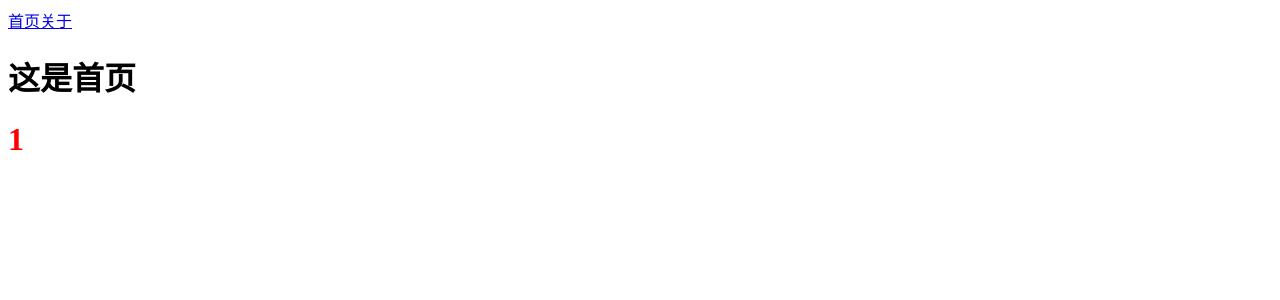
Repository: aiyoudiao/aiyou-vue3-example
Page: / (app in example-01/)
An editor plug-in stored every save of this project. The page is shown before and after the next save, followed by the edit.
The browser window is 1280 px wide. The pictures show the whole page.
The project was rebuilt for these pictures with package versions that can differ from the ones it lists, and the page was loaded fresh each time. Also part of the build but not shown: example-01/vite.config.js, example-01/src/pages/about.vue.

Above is the page before, as saved 2021-11-01 15:12:48.

### example-01/src/main.js
import { createApp } from 'vue'
import App from './App.vue'

import router from './router/index'

createApp(App).use(router).mount('#app')

### example-01/src/App.vue
<template>
  <div>
    <router-link to="/">首页</router-link>
    <router-link to="/about">关于</router-link>
  </div>
  <router-view></router-view>
</template>

### example-01/src/router/index.js
import {
    createRouter,
    createWebHashHistory
} from 'vue-router'

import Home from '../pages/home.vue'
import About from '../pages/about.vue'

const routes = [
    {
        path: '/',
        name: 'Home',
        component: Home,
    },
    {
        path: '/about',
        name: 'About',
        component: About,
    }
]

const router = createRouter({
    history: createWebHashHistory(),
    routes
})

export default router

### example-01/src/pages/home.vue
<template>
    <h1>这是首页</h1>
    <TodoList></TodoList>
</template>
<script setup>

import TodoList from '../components/TodoList.vue';
</script>

### example-01/src/components/TodoList.vue
<template>
    <div>
        <h1 @click="add">{{count}}</h1>
    </div>
</template>

<script setup>

import { ref } from 'vue';

let count = ref(1)
function add () {
    count.value ++
}

</script>

<style lang="scss" scoped>
h1 {
    color: red;
}
</style>

Loaded but not shown: example-01/index.html (common file)

After the next save:
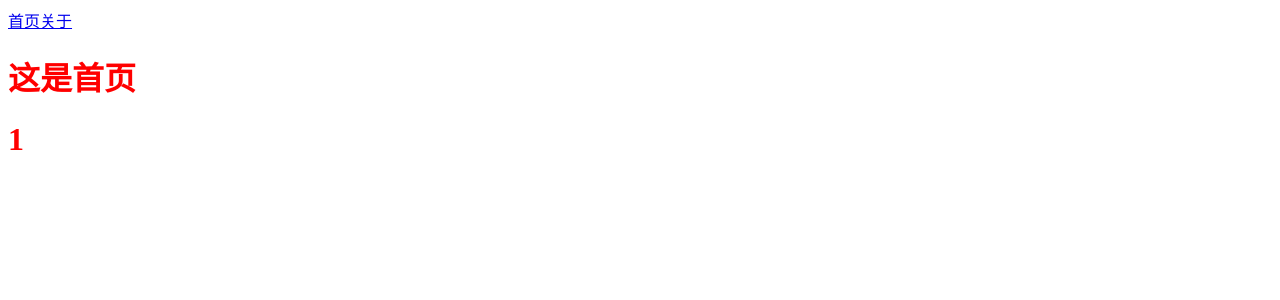
Saved 28 s later.
--- a/example-01/src/components/TodoList.vue
+++ b/example-01/src/components/TodoList.vue
@@ -15,7 +15,7 @@ function add () {
 
 </script>
 
-<style lang="scss" scoped>
+<style>
 h1 {
     color: red;
 }
